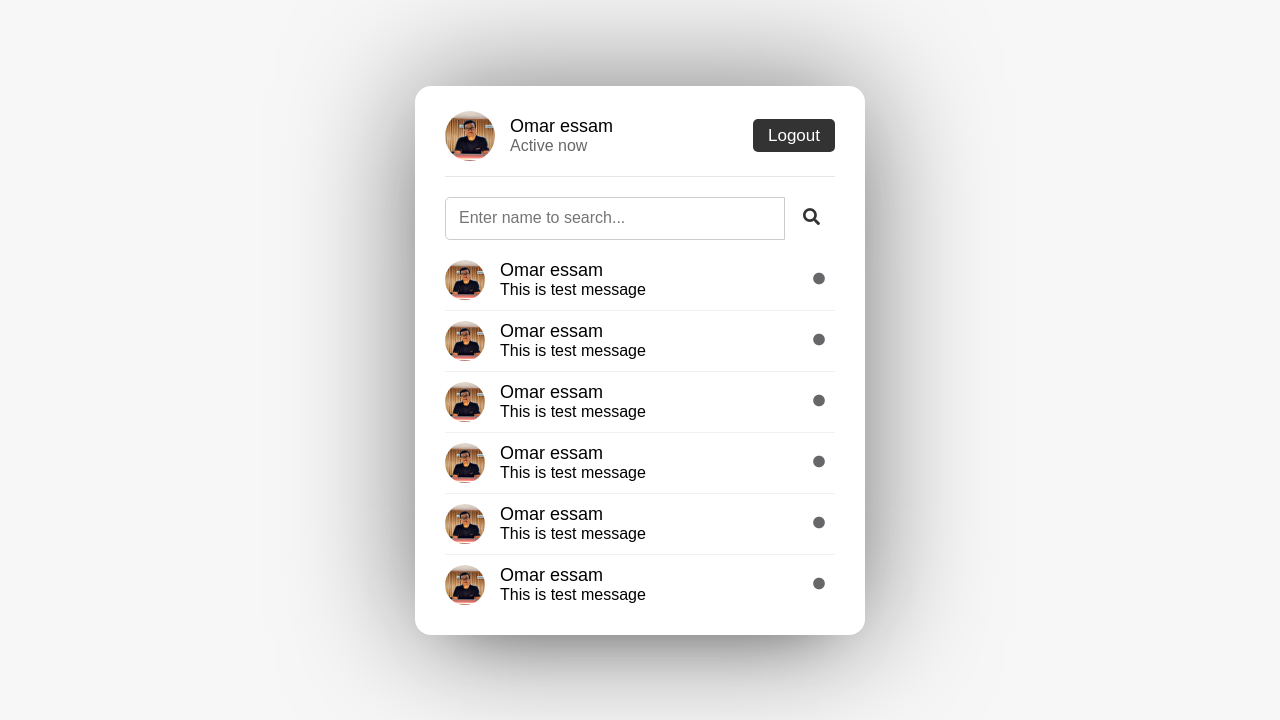
Repository: OmarEssameldinMousa/Chat-Application
Page: http://localhost/users.php
An editor plug-in stored every save of this project. The page is shown before and after the next save, followed by the edit.
The browser window is 1280 px wide. The pictures show the whole page.
After loading, the first visible `button` was clicked once.
The page is run by PHP 8.4 with error messages shown; the project is at /var/www/html/.

Above is the page before, as saved 2023-09-23 02:35:53.

After the next save:
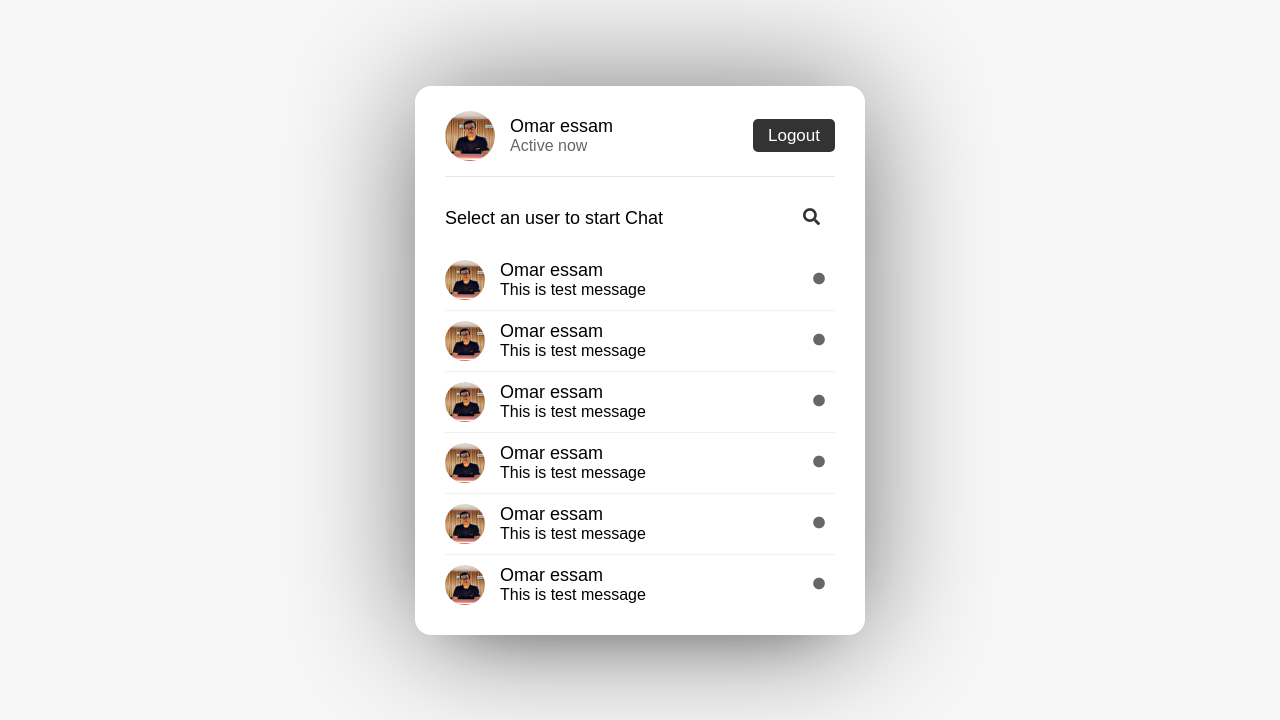
Saved 94 s later.
--- a/javascript/users.js
+++ b/javascript/users.js
@@ -4,4 +4,5 @@ const searchBar = document.querySelector(".users .search input"),
 searchBtn.onclick = () => {
     searchBar.classList.toggle("active");
     searchBar.focus();
+    searchBar.classList.toggle("active");
 }
